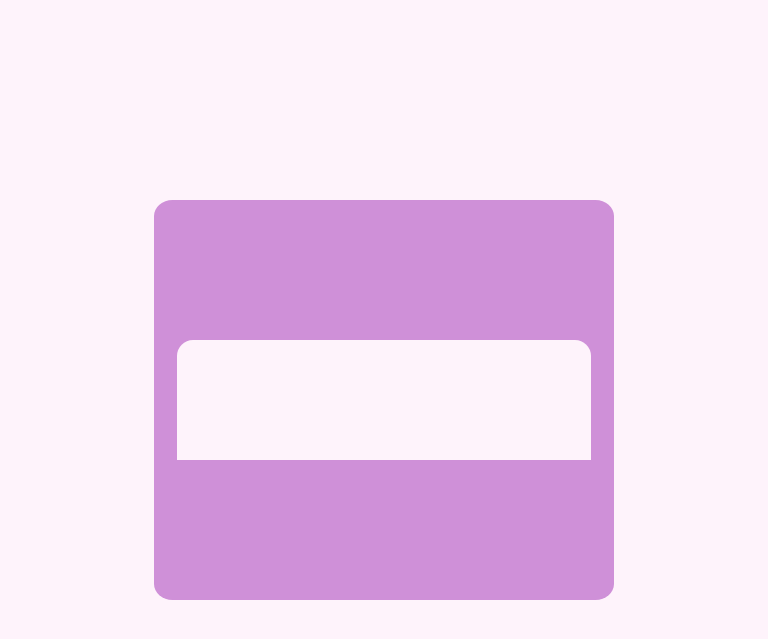
Repository: 2001mariana/Calculator_react
Page: /
These files come from the project's save history. The page is drawn as it stood at one moment and after a run of saves; the edit follows.
The browser window is 768 px wide. The pictures show the whole page.
The project was rebuilt for these pictures with package versions that can differ from the ones it lists, and the page was loaded fresh each time.

Above is the page before, as saved 2023-02-06 17:25:40.

After the next 3 saves:
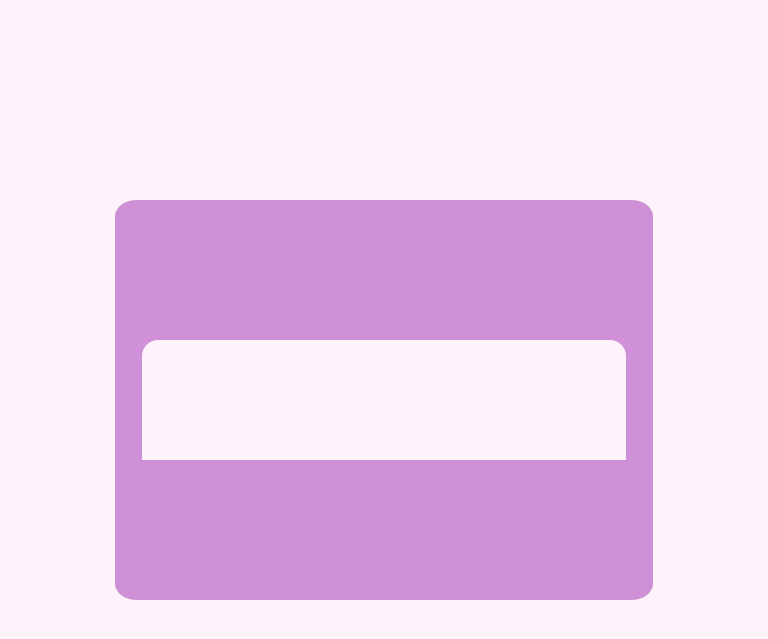
The 3 saves are shown as one change because they came seconds apart.
The last was saved 9 s later.
--- a/src/App.css
+++ b/src/App.css
@@ -41,3 +41,9 @@
     width: 60vw;
   }
 }
+
+@media (max-width: 800px) {
+  .Calculator__body {
+    width: 70vw;
+  }
+}
